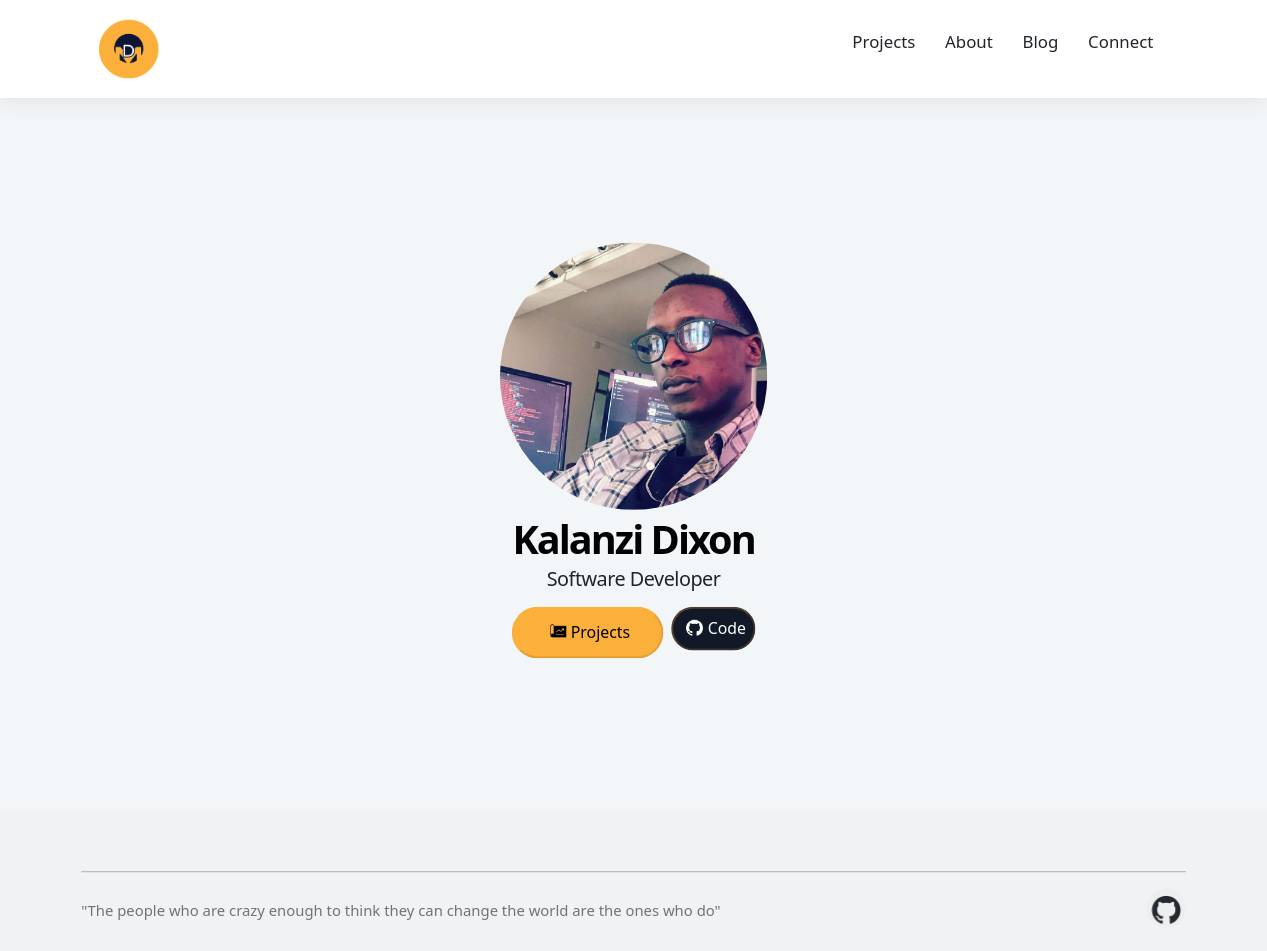
Repository: kaizoku010/firebrand
Page: /
An editor plug-in stored every save of this project. The page is shown before and after the next save, followed by the edit.
The browser window is 1280 px wide. The pictures show the whole page, at 99% of full size.
The project was rebuilt for these pictures with package versions that can differ from the ones it lists, and the page was loaded fresh each time. Also part of the build but not shown: vite.config.js, src/update/about.css, src/components/chips.css, src/components/chips.js, src/update/about.js, src/dataPoint/AllProjects.js, src/update/appsPage.js, src/update/blog.css and 4 more.

Above is the page before, as saved 2025-06-05 11:48:38.

### public/index.html
<!DOCTYPE html>
<html lang="en">
  <head>
    <meta charset="utf-8" />
    <link rel="icon" href="%PUBLIC_URL%/logo.ico" />
    <meta name="viewport" content="width=device-width, initial-scale=1" />
    <meta name="theme-color" content="#000000" />
    <meta
      name="description"
      content="Welcome to Firebrand"
    />
    <link rel="apple-touch-icon" href="%PUBLIC_URL%/logo.png" />
    <!--
      manifest.json provides metadata used when your web app is installed on a
      user's mobile device or desktop. See https://developers.google.com/web/fundamentals/web-app-manifest/
    -->
    <link rel="manifest" href="%PUBLIC_URL%/manifest.json" />

    <title>Kalanxi</title>
    <!-- Global site tag (gtag.js) - Google Analytics -->
<script async src="https://www.googletagmanager.com/gtag/js?id=G-C8GX9VTJ6W"></script>
<script>
  window.dataLayer = window.dataLayer || [];
  function gtag(){dataLayer.push(arguments);}
  gtag('js', new Date());

  gtag('config', 'G-C8GX9VTJ6W');
</script>
<script async src="https://pagead2.googlesyndication.com/pagead/js/adsbygoogle.js?client=ca-pub-3855618579065381"
     crossorigin="anonymous"></script>
     <script async custom-element="amp-ad" src="https://cdn.ampproject.org/v0/amp-ad-0.1.js"></script>
  </head>
  <body>
    <noscript>You need to enable JavaScript to run this app.</noscript>
    <div id="root"></div>

  </body>
</html>

### src/App.css
body {
  -webkit-font-smoothing: antialiased;
  background-color: #f3f6f8;
  margin-top: 0px;
  font-family:  ui-sans-serif,system-ui,-apple-system,BlinkMacSystemFont,Segoe UI,Roboto,Helvetica Neue,Arial,Noto Sans,sans-serif,apple color emoji,segoe ui emoji,Segoe UI Symbol,noto color emoji;
;
}

.content{
display: none !important;
}

a {
  text-decoration: none;
  color: #5747ff !important;
}

@media only screen and (max-width: 900px) {
  .holder__ {
    text-align: center;
    padding: 20px;
  }
}

.thumb-lg {
  height: 88px;
  width: 88px;
}
.profile-user-box {
  position: relative;
  border-radius: 5px;
}
.bg-custom {
  /*background-color: #02c0ce !important;  */
  background-color: #02191b !important;
  /* 02191b */
}
.profile-user-box {
  position: relative;
  border-radius: 5px;
}

.card-box {
  padding: 20px;
  position: sticky;
  border-radius: 3px;
  margin-bottom: 30px;
  z-index: 1;
  top: 0;
  background-color: #fff;
}
.inbox-widget .inbox-item img {
  width: 40px;
}

.inbox-widget .inbox-item {
  border-bottom: 1px solid #f3f6f8;
  overflow: hidden;
  padding: 10px 0;
  position: relative;
}

.inbox-widget .inbox-item .inbox-item-img {
  display: block;
  float: left;
  margin-right: 15px;
  width: 40px;
}

.inbox-widget .inbox-item img {
  width: 40px;
}

.inbox-widget .inbox-item .inbox-item-author {
  color: #313a46;
  display: block;
  margin: 0;
}

.inbox-widget .inbox-item .inbox-item-text {
  color: #98a6ad;
  display: block;
  font-size: 14px;
  margin: 0;
}

.inbox-widget .inbox-item .inbox-item-date {
  color: #98a6ad;
  font-size: 11px;
  position: absolute;
  right: 7px;
  top: 12px;
}

.comment-list .comment-box-item {
  position: relative;
}

.comment-list .comment-box-item .commnet-item-date {
  color: #98a6ad;
  font-size: 11px;
  position: absolute;
  right: 7px;
  top: 2px;
}

.comment-list .comment-box-item .commnet-item-msg {
  color: #313a46;
  display: block;
  margin: 10px 0;
  font-weight: 400;
  font-size: 15px;
  line-height: 24px;
}

.comment-list .comment-box-item .commnet-item-user {
  color: #98a6ad;
  display: block;
  font-size: 14px;
  margin: 0;
}

.comment-list a + a {
  margin-top: 15px;
  display: block;
}

.ribbon-box .ribbon-primary {
  background: #2d7bf4;
}

.ribbon-box .ribbon {
  position: relative;
  float: left;
  clear: both;
  padding: 5px 12px 5px 12px;
  margin-left: -30px;
  margin-bottom: 15px;
  font-family: Rubik, sans-serif;
  -webkit-box-shadow: 2px 5px 10px rgba(49, 58, 70, 0.15);
  -o-box-shadow: 2px 5px 10px rgba(49, 58, 70, 0.15);
  box-shadow: 2px 5px 10px rgba(49, 58, 70, 0.15);
  color: #fff;
  font-size: 13px;
}
.text-custom {
  color: #949797 !important;
}

.badge-custom {
  background: #02c0ce;
  color: #fff;
}
.badge {
  font-family: Rubik, sans-serif;
  -webkit-box-shadow: 0 0 24px 0 rgba(0, 0, 0, 0.06),
    0 1px 0 0 rgba(0, 0, 0, 0.02);
  box-shadow: 0 0 24px 0 rgba(0, 0, 0, 0.06), 0 1px 0 0 rgba(0, 0, 0, 0.02);
  padding: 0.35em 0.5em;
  font-weight: 500;
}
.text-muted {
  color: #98a6ad !important;
}
project_list
.font-13 {
  font-size: 13px !important;
}

.fire-text {
  text-align: justify;
}

@media screen and (max-width: 800px) {
  .card-box {
    padding: 20px !important;
    position: sticky;
    border-radius: 3px;
    margin-bottom: 30px;
    z-index: 1;
    top: 0;
    background-color: #fff;
  }
}


.main-color{
  color: #fbb03b;
}

### src/update/header.js
import React from 'react'
import "./header.css"
import Logo from "../img/logo.png"
import Email from "../img/email.png"
import { Link } from "react-router-dom";

function header() {
  return (
      <header class="header">
    <nav>
    <div class="logo">
          <a class="name_logo" href="index.html">Muneza.<span>Dixon</span></a>
        <Link to="/">  <img class="fireband-logo" src={ Logo} /></Link>
    </div>
    <input type="checkbox" id="menu-toggle"/>
    <label for="menu-toggle" class="menu-icon">&#9776;</label>
    <ul class="menu">
      <li><Link to={"apps"}>Projects</Link></li>
      <li><Link to={"about"} href="#">About</Link></li>
      <li><Link to={"blog"}>Blog</Link></li>
      <li><a href={"connect"}>Connect</a></li>
    </ul>
  </nav>
</header>
  )
}
// #9f0009 reds
export default header

### src/update/homescreen.js
import React from "react";
import UserImage from "../img/pp.jpg";
import "./homescreen.css";
import { Link } from "react-router-dom";
import CodeIc from "../img/code-ic.png";
import ProjectIc from "../img/project-ic.png";

function homescreen() {
  return (
    <div class="homepage">
      <main className="main-content">
        <img id="userImage" src={UserImage} />
        <h1 className="userName">Kalanzi Dixon</h1>
        <h2 className="userRole"> Software Developer</h2>
        <div className="site-holder">
          <Link to="/apps">
            <button id="btn-projects">
              <img className="project-ic" src={ProjectIc} />
              Projects
            </button>
          </Link>

          <Link target="_blank" to="https://github.com/kaizoku010">
            <button id="btn-code">
              <img className="project-ic" src={CodeIc} />
              Code
            </button>
          </Link>
        </div>
      </main>
    </div>
  );
}

export default homescreen;

### src/update/header.css
header_div {
    padding: 0;
    margin: 0;
    box-sizing: border-box;
    font-family: sans-serif;
    text-decoration: none;
    list-style: none;
  }


  .name_logo{
    display:none;
  }

  .header {
    position: sticky;
    top: 0;
    grid-area: header;
    width: 100%;
    box-shadow: 0 4px 20px hsla(207, 24%, 35%, 0.1);
    background-color: white;
    z-index: 2;
  }

  .email-ic{
    width:38px;
  }

  nav {
    display: flex;
    justify-content: space-between;
    align-items: center;
    padding: 20px 100px;
  }

  .logo a {
    font-size: 24px;
    font-weight: bold;
    color: #fff;
  }

  .logo a span {
    color: #8739fa;
  }


  .menu {
    display: flex;
    list-style:none;
    justify-content: center;
    align-items: center;
  }

  .menu a {
    display: block;
    padding: 7px 15px;
    font-size: 17px;
    font-weight: 500;
    transition: 0.2s all ease-in-out;
    color: #fff;
  }

  .menu:hover a {
    opacity: 0.4;
  }

  .menu a:hover {
    opacity: 1;
    color: #fff;
  }

  .menu-icon {
    display: none;
  }

  #menu-toggle {
    display: none;
  }

  #menu-toggle:checked ~ .menu {
    transform: scale(1, 1);
  }

  @media only screen and (max-width: 950px) {
    .menu {
      flex-direction: column;
      background-color: white;
      align-items: start;
      position: absolute;
      top: 82px;
      left: 0;
      width: 100%;
      z-index: 1;
      padding-left: 10px;
      transform: scale(1, 0);
      transform-origin: top;
      transition: transform 0.3s ease-in-out;
      box-shadow: rgba(0, 0, 0, 0.15) 1.95px 1.95px 2.6px;
    }

    nav {
      display: flex;
      justify-content: space-between;
      align-items: center;
      padding: 18px 30px;
  }

    .name_logo{
        display:none;
      }

    .menu a {
      margin-left: 12px;
    }

    .menu li {
      margin-bottom: 10px;
    }

    .menu-icon {
      display: block;
      color: black;
      font-size: 28px;
      cursor: pointer;
    }
    /* my logo */

  .fireband-logo{
    width: 50px !important;

  }
  }



  .fireband-logo{
    width: 60px;
  }


  .header a {
    color:#212529 !important
      }
    .header a:hover {
        color:#fbb03b !important;
    }

### src/update/homescreen.css
.homepage{
    /* margin-top: 50px; */
    display: flex;
    place-content: center;
    height: 100vh;
    align-items: center;
    position: relative;

    min-height: 500px;
}

.main-content{
    text-align: center;
    display: flex;
    flex-direction: column;
}

#userImage{
    border-radius: 50% !important;
    align-self: center;
    margin-bottom: 10px;
    width: 60%;
}

.userName{
    letter-spacing: -.05em;
    font-size: 2.5rem;
    text-align: center;
    background: -webkit-radial-gradient(#030303, #010001);
    -webkit-background-clip: text;
    background-clip: text;
    -webkit-text-fill-color: transparent;
    line-height: 1;
    font-weight: 700;
    white-space: nowrap;
}

.userRole{
    max-width: 48rem;
    font-size: 20px;
    font-weight: 100;
    margin-left: auto;
    letter-spacing: -.025em;
    color: rgb(17 24 39 / var(50%));
    text-align: center;
    margin-right: auto;
}

.site-holder{
    padding-left: 1.5rem;
    flex-wrap: nowrap;
    padding-right: 1.5rem;
    gap: .5rem;
    margin-top: 0.5rem;
    margin-bottom: 0.5rem;
    justify-content: center;
    display: flex;
    flex-direction: row;
}

#btn-projects{
    color: rgb(255 255 255 / var(10%));
    padding-top: 0.75rem;
    background-color: #fbb03b;
    padding-bottom: 0.75rem;
    opacity: 1;
    line-height: 1.375;
    color: black;
    font-weight: 500;
    border-radius: 2.5rem;
    border-color: #fbb03b45;
    padding-left: 2rem;
    padding-right: 2rem;
}

#btn-projects:hover{
    background-color: #efa123;

}


.project-ic{
    height:1rem;
    padding-right: 5px;
    padding-left: 5px;
    margin-bottom: 5px !important;
}

#btn-code{
background-color:  rgb(17 24 39);
color: rgb(255 255 255 / var(10%));
    opacity: 1;
    line-height: 1.375;
    color: #fff;
    font-weight: 500;
    border-radius: 2.5rem;
    border-color: rgba(251, 176, 59,
    .27058823529411763);
    padding: .5rem .5rem;
}

#btn-code:hover{
    background-color: rgb(71, 74, 81);

}

@media only screen and (max-width: 950px) {
    .homepage {
        display: flex;
        place-content: center;
        height: 100%;
        align-items: center;
        position: relative;
    }

    .site-footer {
        position: relative;
        background-color: #f0f2f4e4;
        padding: 0px 0 20px !important;
        font-size: 15px;
        line-height: 24px;
        color: #737373;
    }
}

### src/update/appsPage.css
/* Base Styles */
:root {
  --primary-color: #333333;
  --secondary-color: #fbb03b;
  --accent-color: #fbb03b;
  --background-color: #f8f9fa;
  --card-bg-color: #ffffff;
  --text-color: #333333;
  --text-light: #6c757d;
  --border-radius: 12px;
  --box-shadow: 0 10px 30px rgba(0, 0, 0, 0.08);
  --transition: all 0.3s ease;
}

.appsHolder {
  background-color: var(--background-color);
  min-height: 100vh;
  padding-bottom: 4rem;
  overflow-x: hidden;
}

/* Loading Animation */
.loading-container {
  display: flex;
  flex-direction: column;
  align-items: center;
  justify-content: center;
  height: 100vh;
  background-color: var(--background-color);
}

.loader {
  width: 50px;
  height: 50px;
  border: 5px solid rgba(67, 97, 238, 0.2);
  border-radius: 50%;
  border-top-color: var(--primary-color);
  animation: spin 1s ease-in-out infinite;
  margin-bottom: 1rem;
}

@keyframes spin {
  to { transform: rotate(360deg); }
}

/* Hero Section */
.hero-section {
  display: none;
  position: relative;
  padding: 6rem 2rem 4rem;
  background: linear-gradient(135deg, #000 0%, #242229 100%);
  color: #bbb7b7;
  text-align: center;
  border-radius: 0px !important;
  margin-bottom: 3rem;
  overflow: hidden;
}


.apps-span {
  color: var(--secondary-color);
  position: relative;
  font-weight: 700 ;
  display: inline-block;
  text-decoration: none;
}

@media only screen and (max-width: 600px) {
  .appsHeading {
      font-size: 2.5rem !important;
  }
}

.hero-subtitle {
  font-size: 1rem;
  display: none !important;
}

  .tech-stack-list {
      justify-items: left;
      display: grid;
      font-size: 0.8rem;
      list-style: none !important;
      grid-template-columns: none !important;
      /* grid-gap: 20px !important; */
  }


.appsHeading {
  font-size: 3.5rem;
  font-weight: 200 !important;
  margin-bottom: 1rem;
  letter-spacing: -0.02em;
}

.hero-content {
  position: relative;
  z-index: unset !important;
}
.hero-shapes {
  position: absolute;
  top: 0;
  left: 0;
  width: 100%;
  height: 100%;
  z-index: 1;
  overflow: hidden;
}

.shape {
  position: absolute;
  border-radius: 50%;
  opacity: 0.2;
}

.shape-1 {
  width: 300px;
  height: 300px;
  background-color: rgba(255, 255, 255, 0.3);
  top: -100px;
  right: -100px;
  animation: float 8s ease-in-out infinite;
}

.shape-2 {
  width: 200px;
  height: 200px;
  background-color: rgb(255 193 7 / 21%);
  bottom: -50px;
  left: 10%;
  animation: float 12s ease-in-out infinite;
}

.shape-3 {
  width: 150px;
  height: 150px;
  background-color: rgba(255, 255, 255, 0.25);
  top: 30%;
  left: 20%;
  animation: float 10s ease-in-out infinite 1s;
}

@keyframes float {
  0% { transform: translateY(0) rotate(0deg); }
  50% { transform: translateY(-20px) rotate(5deg); }
  100% { transform: translateY(0) rotate(0deg); }
}

.appsHeading {
  line-height: 1;
  font-weight: 700;
  text-align: center !important;
  font-size: 3em !important;
  margin-bottom: 0px !important;
  letter-spacing: -0.05em !important;
  padding: 10% !important;
}

.apps-span {
  color: var(--secondary-color);
  position: relative;
  display: inline-block;
}

.apps-span::after {
  content: '';
  position: absolute;
  bottom: -5px;
  display: none !important;
  left: 0;
  width: 100%;
  height: 4px;
  background-color: var(--secondary-color);
  border-radius: 2px;
}

.hero-subtitle {
  font-size: 1.25rem;
  opacity: 0.9;
  max-width: 600px;
  margin: 0 auto;
}

/* Controls Container */
.controls-container {
  max-width: 1200px;
  margin: 0 auto 2rem;
  padding: 0 1.5rem;
  display: flex;
  flex-direction: column;
  gap: 1.5rem;
}

.search-container {
  position: relative;
  max-width: 500px;
  display: none;
  margin: 0 auto;
  width: 100%;
}

.search-input {
  width: 100%;
  padding: 1rem 1.5rem;
  border-radius: 50px;
  border: 2px solid #e0e0e0;
  font-size: 1rem;
  transition: var(--transition);
  box-shadow: 0 4px 10px rgba(0, 0, 0, 0.03);
}

.search-input:focus {
  outline: none;
  border-color: var(--primary-color);
  box-shadow: 0 4px 15px rgba(67, 97, 238, 0.15);
}

.search-icon {
  position: absolute;
  right: 1.5rem;
  top: 50%;
  transform: translateY(-50%);
  color: #aaa;
  font-size: 1.2rem;
}

.categories-container {
  display: flex;
  flex-wrap: wrap;
  margin-top: 5rem;
  gap: 0.75rem;
  justify-content: center;
}

.category-btn {
  padding: 0.6rem 1.2rem;
  border-radius: 50px;
  border: none;
  background-color: #e9ecef;
  color: var(--text-color);
  font-size: 0.9rem;
  font-weight: 500;
  cursor: pointer;
  transition: var(--transition);
}

.category-btn:hover {
  background-color: #dee2e6;
}

.category-btn.active {
  background-color: var(--primary-color);
  color: white;
}

/* Projects Grid */
.sites-holder {
  max-width: 1400px;
  margin: 0 auto;
  padding: 0 1.5rem;
}

.no-results {
  text-align: center;
  padding: 3rem 0;
  color: var(--text-light);
}

.sites-list {
  display: grid;
  grid-template-columns: repeat(auto-fill, minmax(350px, 1fr));
  gap: 2rem;
  list-style-type: none;
  padding: 0;
  margin: 0;
}

.sites {
  opacity: 0;
  transform: translateY(20px);
  animation: fadeInUp 0.5s forwards;
}

@keyframes fadeInUp {
  to {
    opacity: 1;
    transform: translateY(0);
  }
}

.project-card {
  background-color: var(--card-bg-color);
  border-radius: var(--border-radius);
  overflow: hidden;
  box-shadow: var(--box-shadow);
  transition: var(--transition);
  height: 100%;
  display: flex;
  flex-direction: column;
}

.project-card:hover {
  transform: translateY(-10px);
  box-shadow: 0 15px 35px rgba(0, 0, 0, 0.1);
}

.card-header {
  position: relative;
  padding: 1.5rem;
  display: flex;
  align-items: center;
  border-bottom: 1px solid #f0f0f0;
}

.site-logo {
  width: 70px;
  height: 70px;
  object-fit: contain;
  border-radius: 12px;
  background-color: #f8f9fa;
  padding: 0.5rem;
  box-shadow: 0 4px 10px rgba(0, 0, 0, 0.05);
}

.card-badges {
  display: flex;
  flex-wrap: wrap;
  gap: 0.5rem;
  margin-left: auto;
}

.card-content {
  padding: 1.5rem;
  flex-grow: 1;
}

.site-title {
  font-size: 1.5rem;
  font-weight: 700;
  margin-bottom: 0.5rem;
  color: var(--text-color);
  transition: var(--transition);
}

.site-location {
  font-size: 0.9rem;
  color: var(--text-light);
  margin-bottom: 1rem;
  display: flex;
  align-items: center;
}

.site-location::before {
  content: '📍';
  margin-right: 0.5rem;
}

.site-desc {
  font-size: 1rem;
  line-height: 1.6;
  color: var(--text-color);
  margin-bottom: 1.5rem;
  display: -webkit-box;
  -webkit-line-clamp: 3;
  -webkit-box-orient: vertical;
  overflow: hidden;
}

.card-footer {
  padding: 1rem 1.5rem;
  border-top: 1px solid #f0f0f0;
  display: flex;
  justify-content: space-between;
  align-items: center;
  background-color: #fafafa;
}

.view-project {
  font-weight: 600;
  color: var(--primary-color);
}

.arrow-icon {
  font-size: 1.2rem;
  color: var(--primary-color);
  transition: var(--transition);
}

.project-card:hover .arrow-icon {
  transform: translateX(5px);
}

/* Responsive Styles */
@media only screen and (max-width: 950px) {
  .appsHeading {
    font-size: 2.5rem;
  }

  .hero-section {
    display: none;
    padding: 4rem 1rem 3rem;
    border-radius: 0 0 15% 15% / 10%;
  }

  .sites-list {
    grid-template-columns: repeat(auto-fill, minmax(280px, 1fr));
    gap: 1.5rem;
  }

  .card-header {
    flex-direction: column;
    align-items: flex-start;
    gap: 1rem;
  }

  .card-badges {
    margin-left: 0;
  }

  .site-logo {
    width: 60px;
    height: 60px;
  }
}

@media only screen and (max-width: 600px) {
  .appsHeading {
    font-size: 2rem;
  }

  .hero-subtitle {
    font-size: 1rem;
  }

  .controls-container {
    padding: 1rem 1rem;
  }

  .sites-holder {
    padding: 0 1rem;
  }

  .sites-list {
    grid-template-columns: 1fr;
  }

  .category-btn {
    padding: 0.5rem 1rem;
    font-size: 0.8rem;
  }
}

/* Chip Styling */
.chip {
    padding: 0.4rem 0.8rem;
    border-radius: 50px;
    font-size: 0.8rem;
    font-weight: 500;
    color: white;
    background-color: rgb(51 51 51) !important;
    display: inline-block;
    box-shadow: 0 2px 5px rgba(0, 0, 0, 0.1);
}

/* Links */
.link-list {
  color: inherit;
  text-decoration: none !important;
  display: block;
  height: 100%;
}

a {
  color: inherit;
  text-decoration: none !important;
}

p {
  margin: 0;
  padding: 0;
}

### src/update/footer.css
.site-footer
{
  position: relative;
  background-color:#f0f2f4e4;
  padding:45px 0 20px;
  font-size:15px;
  line-height:24px;
  color:#737373;
}

.row{
  align-items: center !important;
}

.facebook{
    width: 30px;
}
.site-footer hr
{
  border-top-color:#bbb;
  opacity:0.5
}
.site-footer hr.small
{
  margin:20px 0
}
.site-footer h6
{
  color:#fff;
  font-size:16px;
  text-transform:uppercase;
  margin-top:5px;
  letter-spacing:2px
}
.site-footer a
{
  color:#737373;
}
.site-footer a:hover
{
  color:#3366cc;
  text-decoration:none;
}
.footer-links
{
  padding-left:0;
  list-style:none
}
.footer-links li
{
  display:block
}
.footer-links a
{
  color:#737373
}
.footer-links a:active,.footer-links a:focus,.footer-links a:hover
{
  color:#3366cc;
  text-decoration:none;
}
.footer-links.inline li
{
  display:inline-block
}
.site-footer .social-icons
{
  text-align:right
}
.site-footer .social-icons a
{
  width:40px;
  height:40px;
  line-height:40px;
  margin-left:6px;
  margin-right:0;
  border-radius:100%;
}
.copyright-text
{
  margin:0
}
@media (max-width:991px)
{
  .site-footer [class^=col-]
  {
    margin-bottom:30px
  }
}
@media (max-width:767px)
{

  .copyright-text{
    margin:10px;
  }
  .site-footer
  {
    padding-bottom:0
  }
  .site-footer .copyright-text,.site-footer .social-icons
  {
    text-align:center
  }
}
.social-icons
{
  padding-left:0;
  margin-bottom:0;
  list-style:none
}
.social-icons li
{
  display:inline-block;
  margin-bottom:4px
}
.social-icons li.title
{
  margin-right:15px;
  text-transform:uppercase;
  color:#96a2b2;
  font-weight:700;
  font-size:13px
}
.social-icons a{
  background-color:#eceeef;
  color:#818a91;
  font-size:16px;
  display:inline-block;
  line-height:44px;
  width:44px;
  height:44px;
  text-align:center;
  margin-right:8px;
  border-radius:100%;
  -webkit-transition:all .2s linear;
  -o-transition:all .2s linear;
  transition:all .2s linear
}
.social-icons a:active,.social-icons a:focus,.social-icons a:hover
{
  color:#fff;
  background-color:#ebebeb
}
.social-icons.size-sm a
{
  line-height:34px;
  height:34px;
  width:34px;
  font-size:14px
}
.social-icons a.facebook:hover
{
  background-color:#e7e9e9
}
.social-icons a.twitter:hover
{
  background-color:#00aced
}
.social-icons a.linkedin:hover
{
  background-color:#007bb6
}
.social-icons a.dribbble:hover
{
  background-color:#ea4c89
}
@media (max-width:767px)
{
  .social-icons li.title
  {
    display:block;
    margin-right:0;
    font-weight:600
  }
}

Loaded but not shown: src/index.js (common file); src/index.css (common file); src/reportWebVitals.js (common file); src/App.js (42 lines, source omitted); src/update/footer.js (34 lines, source omitted)

After the next save:
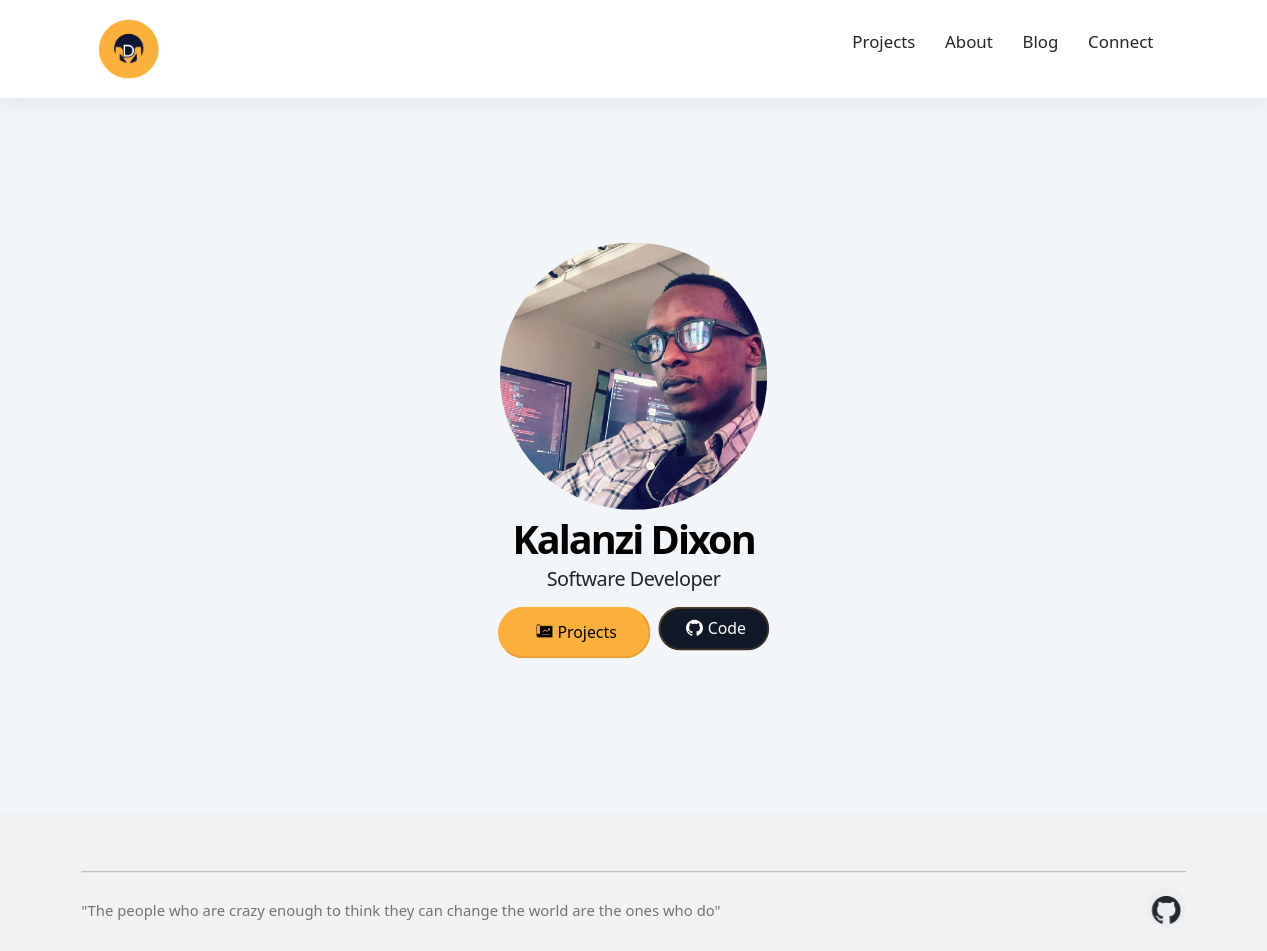
Saved 54 s later.
--- a/src/update/homescreen.css
+++ b/src/update/homescreen.css
@@ -92,6 +92,7 @@ color: rgb(255 255 255 / var(10%));
     opacity: 1;
     line-height: 1.375;
     color: #fff;
+        width: 7rem;
     font-weight: 500;
     border-radius: 2.5rem;
     border-color: rgba(251, 176, 59,
